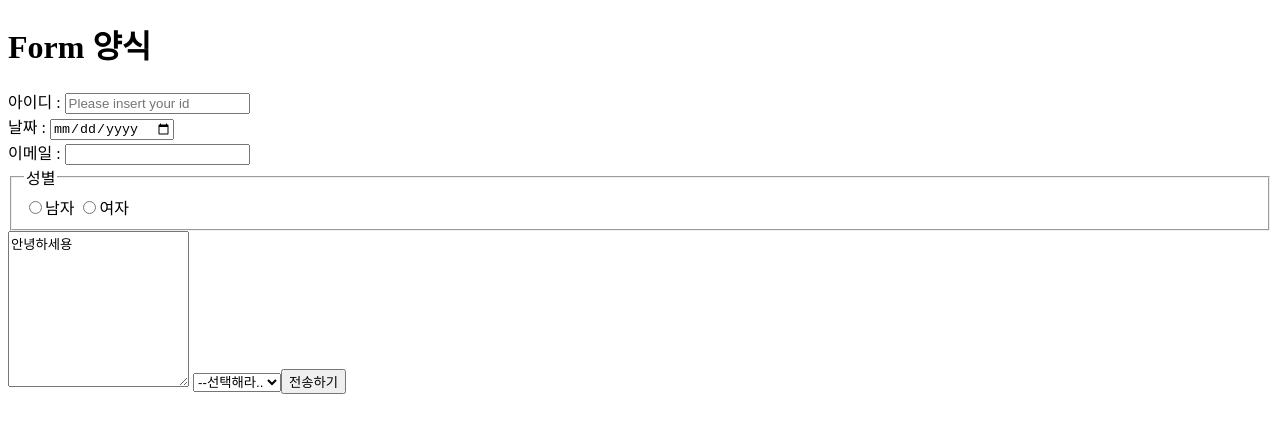
Repository: JeongHyeongKim/practice_myself
Page: Si_basic/WebProject/setp01_HTMLCS/WebContent/HTML/ex05_formTag.html
These files come from the project's save history. The page is drawn as it stood at one moment and after the next save; the edit follows.
The browser window is 1280 px wide. The pictures show the whole page.

Above is the page before, as saved 2019-04-22 06:11:12.

### Si_basic/WebProject/setp01_HTMLCS/WebContent/HTML/ex05_formTag.html
<!DOCTYPE html>
<html>
<head>
	<meta charset="UTF-8">
	<title></title>
</head>
	<body>
		<h1>Form 양식</h1>
		<form action="http://www.daum.net" method="post" novalidate="novalidate">
			아이디  : <input type="text" id="id" name="id" placeholder="Please insert your id" required="required"/><br>
			날짜 : <input type="date" name="birth"/><br>
			이메일 : <input type="email" name="email"/>
			<!--  type="disabled => 넘어가지 않음 readonly => 읽기 전용" -->
			<fieldset>
				<legend>성별</legend>
				<input type="radio" name="gender" value="남자">남자
				<input type="radio" name="gender" value="여자">여자
			</fieldset>
			<textarea rows="10"cols="20" name="content">안녕하세용</textarea>

			<select name="fruit">
				<option>--선택해라..</option>
				<option value="사과">사과</option>
				<option value="딸기">포도</option>
				<option value="딸기">딸기</option>
			<!--  type="button | submit | reset" -->
			<input type="submit" value="전송하기"/>
		</form>

	</body>
</html>

After the next save:
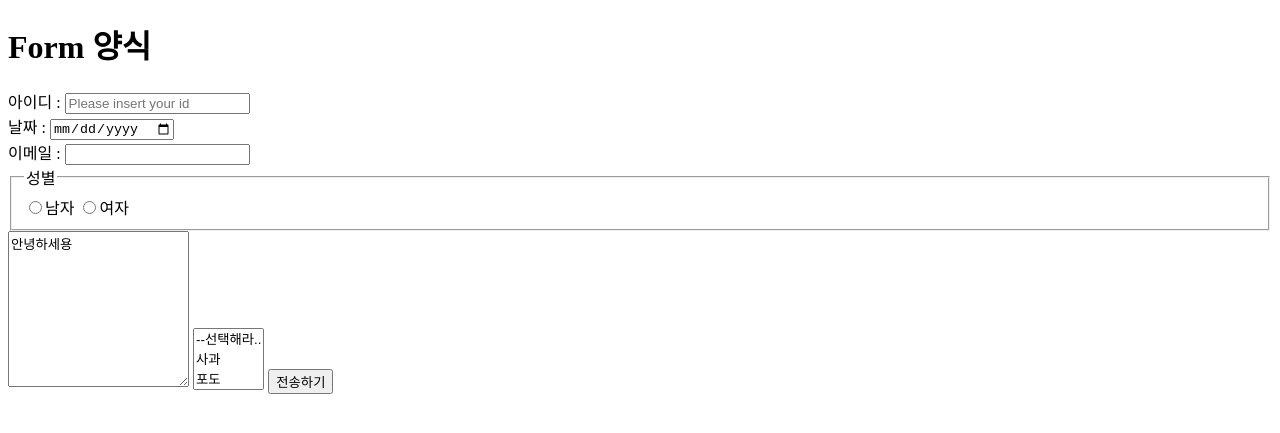
Saved 101 s later.
--- a/Si_basic/WebProject/setp01_HTMLCS/WebContent/HTML/ex05_formTag.html
+++ b/Si_basic/WebProject/setp01_HTMLCS/WebContent/HTML/ex05_formTag.html
@@ -18,11 +18,14 @@
 			</fieldset>
 			<textarea rows="10"cols="20" name="content">안녕하세용</textarea>
 
-			<select name="fruit">
+			<select name="fruit" size="3" multiple="mutiple">
 				<option>--선택해라..</option>
 				<option value="사과">사과</option>
 				<option value="딸기">포도</option>
 				<option value="딸기">딸기</option>
+			</select>
+
+
 			<!--  type="button | submit | reset" -->
 			<input type="submit" value="전송하기"/>
 		</form>
